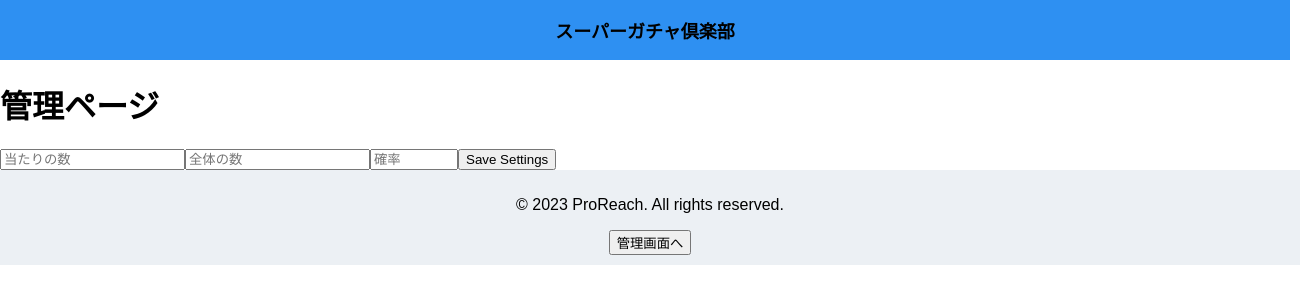
Repository: kskw0000/gggacha
Page: /admin (app in fronted/)
The author's editor kept a copy of each file at every save. The page is drawn from the files as they stood at one save, then again after the next save.
The browser window is 1280 px wide. The page is 1300 px wide, so the pictures cover 1300 px, including what lies to the right of the window. The pictures show the whole page.
The page's requests for data from a server got no answer. The project was rebuilt for these pictures with package versions that can differ from the ones it lists, and the page was loaded fresh each time. No one was signed in, and anything a server would have sent is missing. Also part of the build but not shown: fronted/src/components/css/GachaMachine.css, fronted/src/components/parts/GachaMachine.js, fronted/src/components/pages/Gacha.js, fronted/src/components/css/WinnerPage.css, fronted/src/components/pages/WinnerPage.js.

Above is the page before, as saved 2023-07-02 11:40:45.

### fronted/src/App.js
import React from 'react';
import './App.css';
import { BrowserRouter as Router, Route, Routes } from "react-router-dom";
import Header from './components/parts/Header';
import Footer from './components/parts/Footer';
import Gacha from './components/pages/Gacha';
import WinnerPage from './components/pages/WinnerPage';
import Admin from './components/pages/Admin';
import { Link } from "react-router-dom";

const GachaCard = ({ title, id }) => (
  <Link to={`/gacha/${id}`}>
    <div className="gacha-card">
      <h2>{title}</h2>
      {/* ここにガチャの画像などを追加することもできます */}
    </div>
  </Link>
);

const GachaRow = ({ title, gachas }) => (
  <div className="gacha-row">
    <h1>{title}</h1>
    <div className="gacha-row-content">
      {gachas.map((gacha, index) => (
        <GachaCard key={index} title={gacha.title} id={gacha.id} />
      ))}
    </div>
  </div>
);


function App() {
  // ここは後でAPIから取得するように変更する予定です
  const gachaData = [
    {
      rowTitle: '人気のガチャ',
      gachas: [
        { id: 1, title: 'ガチャ1' },
        { id: 2, title: 'ガチャ2' },
        // 必要なだけガチャを追加
      ],
    },
    {
      rowTitle: '新着のガチャ',
      gachas: [
        { id: 3, title: 'ガチャ3' },
        { id: 4, title: 'ガチャ4' },
        // 必要なだけガチャを追加
      ],
    },
  ];

  return (
    <Router>
      <div className="App">
        <Header />
        <Routes>
          <Route path="/" element={
            <>
              {gachaData.map((row, index) => (
                <GachaRow key={index} title={row.rowTitle} gachas={row.gachas} />
              ))}
            </>
          } />
          <Route path="/gacha/:id" element={<Gacha />} />
          <Route path="/winner" element={<WinnerPage />} />
          <Route path="/admin" element={<Admin />} />
        </Routes>
        <Footer />
      </div>
    </Router>
  );
}

export default App;

### fronted/src/App.css
.App {
  font-family: Arial, sans-serif;
  padding-top: 60px;
}



.gacha-row {
  margin-bottom: 20px;
}

.gacha-row-content {
  display: flex;
  overflow-x: scroll;
  gap: 10px;
  padding-bottom: 10px;
}

.gacha-card {
  transition: 0.3s;
  /* 他のスタイル属性をここに追加 */
  min-width: 150px;
  height: 200px;
  background-color: #eee;
  box-shadow: 0 2px 8px rgba(0, 0, 0, 0.1);
  border-radius: 5px;
  padding: 10px;
  display: flex;
  align-items: center;
  justify-content: center;
}

.gacha-card:hover {
  transform: translateY(-40px);
}

 /* ガチャ　アニメーション */
@keyframes spin {
  0% { transform: rotate(0deg); }
  100% { transform: rotate(360deg); }
}

.loading-spinner {
  border: 16px solid #f3f3f3; /* Light grey */
  border-top: 16px solid #3498db; /* Blue */
  border-radius: 50%;
  width: 120px;
  height: 120px;
  animation: spin 2s linear infinite;
}

### fronted/src/components/parts/Header.js
import React from 'react';
import '../css/Header.css';

const Header = () => {
  return (
    <header className="header">
      {/* ここにロゴやメニューリンクなどを配置します */}
      <h1>スーパーガチャ倶楽部</h1>
    </header>
  );
}

export default Header;

### fronted/src/components/parts/Footer.js
import React from 'react';
import { Link } from 'react-router-dom';
import '../css/Footer.css';
import Admin from "../pages/Admin";

const Footer = () => {
  return (
    <footer className="footer">
      {/* ここに著作権情報やリンクなどを配置します */}
      <p>&copy; 2023 ProReach. All rights reserved.</p>
      <Link to="/admin">
        <button>管理画面へ</button>
      </Link>
    </footer>
  );
}

export default Footer;

### fronted/src/components/pages/Admin.js
import React, { useState, useEffect } from 'react';
import axios from 'axios';
import { Link } from 'react-router-dom';

const Admin = () => {
    const [availableWins, setAvailableWins] = useState('');
    const [availableRolls, setAvailableRolls] = useState('');
    const [winProbability, setWinProbability] = useState('');
     // 当たりの確率

    const handleSave = async () => {
        try {
          // Parse the values as numbers before sending them
          const wins = parseInt(availableWins, 10);
          const rolls = parseInt(availableRolls, 10);
          const winProb = parseFloat(winProbability);

          await axios.post('http://localhost:3001/admin/update-gacha', { wins, rolls, winProbability: winProb });
          alert('Settings saved successfully.');
        } catch (error) {
          console.error('Error during save gacha settings:', error);
          alert('An error occurred.');
        }
      };


  const getGachaInfo = async () => {
    try {
      const response = await axios.get('http://localhost:3001/admin/gacha-info');
      const { availableWins, availableRolls, winProbability } = response.data;
        setAvailableWins(availableWins || '');
        setAvailableRolls(availableRolls || '');
        setWinProbability(winProbability || '');
        // 当たりの確率を設定
    } catch (error) {
      console.error('Error during the get gacha info:', error);
    }
  };

  useEffect(() => {
    getGachaInfo();
  }, []);

  return (
    <div>
      <h1>管理ページ</h1>
      <input type="number" value={availableWins} onChange={(e) => setAvailableWins(e.target.value)} placeholder="当たりの数" />
      <input type="number" value={availableRolls} onChange={(e) => setAvailableRolls(e.target.value)} placeholder="全体の数" />
      <input type="number" value={winProbability} onChange={(e) => setWinProbability(e.target.value)} placeholder="確率" min="0" max="100" step="0.01"/>
      <button onClick={handleSave}>Save Settings</button>

    </div>
  );
};

export default Admin;

### fronted/src/components/css/Header.css
.header {
    position: fixed;
    top: 0;
    height: 50px;
    padding: 5px;
    background-color: #2e90f2;
    text-align: center;
    width: 100%;
    /* 他のスタイル属性をここに追加 */
  }

  .header h1 {
    font-size: 18px;
  }

### fronted/src/components/css/Footer.css
.footer {
    padding: 10px;
    background-color: #ecf0f4;
    text-align: center;
    width: 100%;
    bottom: 0;
    /* 他のスタイル属性をここに追加 */
  }

Loaded but not shown: fronted/public/index.html (common file); fronted/src/index.js (common file); fronted/src/index.css (common file); fronted/src/reportWebVitals.js (common file)

After the next save:
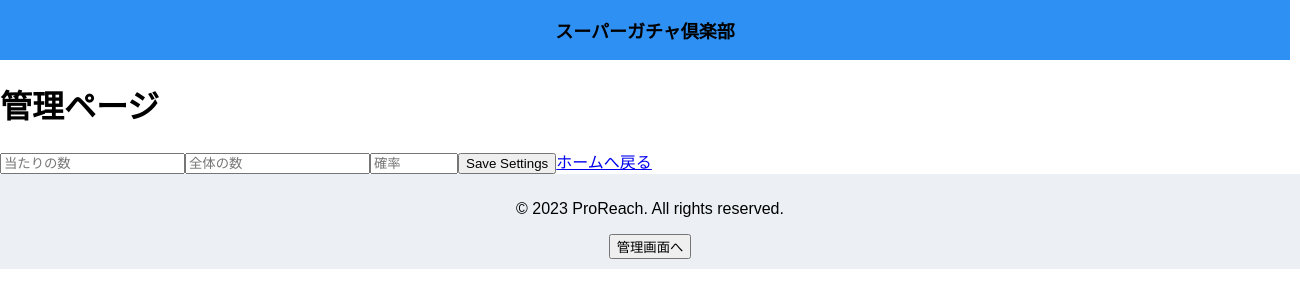
Saved 15 s later.
--- a/fronted/src/components/pages/Admin.js
+++ b/fronted/src/components/pages/Admin.js
@@ -49,6 +49,7 @@ const Admin = () => {
       <input type="number" value={winProbability} onChange={(e) => setWinProbability(e.target.value)} placeholder="確率" min="0" max="100" step="0.01"/>
       <button onClick={handleSave}>Save Settings</button>
 
+      <Link to="/">ホームへ戻る</Link>
     </div>
   );
 };
